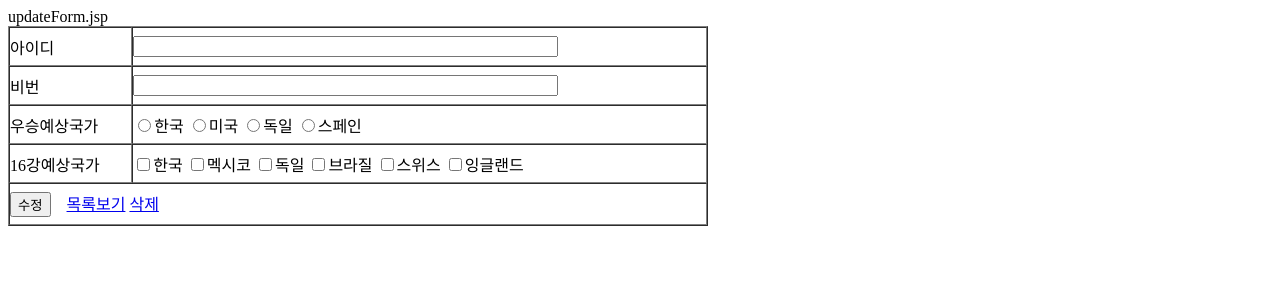
Repository: ChanhoPark-s/academyStudy
Page: http://localhost/12_DB_Football/updateForm
These files come from the project's save history. The page is drawn as it stood at one moment and after the next save; the edit follows.
The browser window is 1280 px wide. The pictures show the whole page.
The page is served by Tomcat 9. Queries for data that is not in the repository find no rows.

Above is the page before, as saved 2022-08-22 05:53:03.

After the next save:
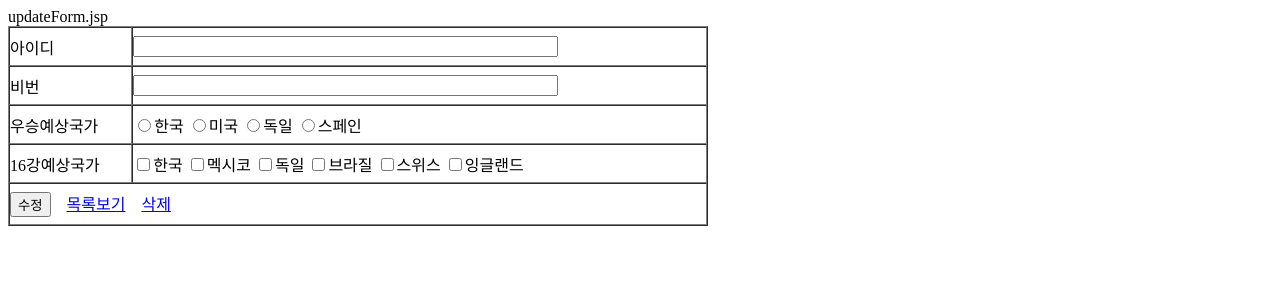
Saved 19 s later.
--- a/12_DB_Football/src/main/webapp/WEB-INF/views/updateForm.jsp
+++ b/12_DB_Football/src/main/webapp/WEB-INF/views/updateForm.jsp
@@ -39,6 +39,7 @@ updateForm.jsp<br>
 					<input type="submit" value="수정">
 					&nbsp;&nbsp;
 					<a href="list">목록보기</a>
+					&nbsp;&nbsp;
 					<a href="delete?num=${f.num }">삭제</a>
 				</td>
 			</tr>
